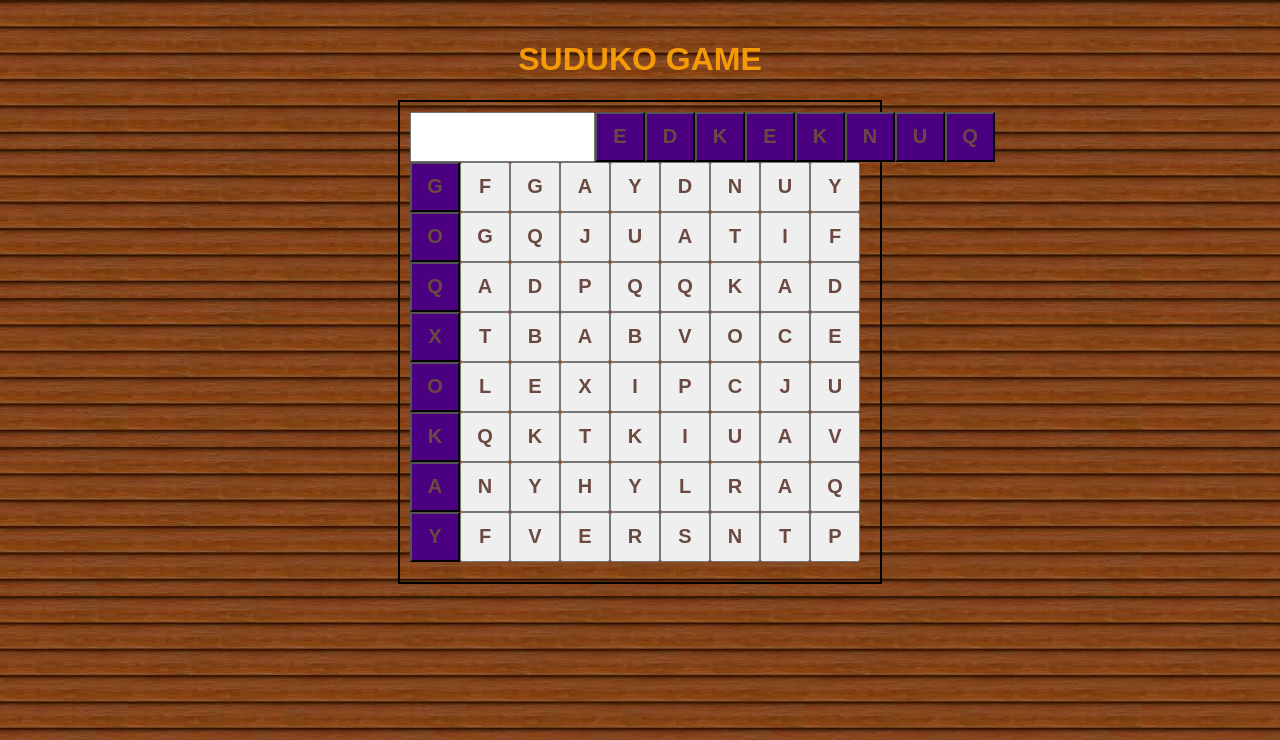
Repository: ahmad8969/Suduko-Game-React-App
Page: /, after clicking the first element matching `#\30 0`
These files come from the project's save history. The page is drawn as it stood at one moment and after the next save; the edit follows.
The browser window is 1280 px wide. The pictures show the whole page.
Some web fonts or font styles are not loaded; a fallback is used. The project was rebuilt for these pictures with package versions that can differ from the ones it lists, and the page was loaded fresh each time.

Above is the page before, as saved 2021-03-04 18:58:07.

### src/index.js
import React from 'react';
import ReactDOM from 'react-dom';
import './index.css';
import Board from './board';
import reportWebVitals from './reportWebVitals';

ReactDOM.render(
  <React.StrictMode>
    <Board />
  </React.StrictMode>,
  document.getElementById('root')
);

// If you want to start measuring performance in your app, pass a function
// to log results (for example: reportWebVitals(console.log))
// or send to an analytics endpoint. Learn more: https://bit.ly/CRA-vitals
reportWebVitals();

### src/board.js
import React  from 'react';   //{useState}
import './App.css';
import Block from './components/block'
import NineBlock from './components/nineBlockComponent';


function Board () {
  const nine_block_Element_into_Nine = [1,2,3,4,5,6,7,8,9];
  const single_block_Into_Nine = [1,2,3,4,5,6,7,8,9];
  // const [isClicked,  setIsClicked]= useState(false);


  const Click = (idOfSpecificButton,i,j,e) =>{
    document.getElementById(idOfSpecificButton).style.color="green"
    XaxisSelection(i);
    YaxisSelection(j);
    DiagonalSelectionUpward(idOfSpecificButton);
    DiagonalSelectionDownward(idOfSpecificButton);
    DiagonalSelectionDownwardLeftDown(idOfSpecificButton);
    DiagonalSelectionUpwardLeftUp(idOfSpecificButton);
    // setIsClicked(idOfSpecificButton);
  }
  const XaxisSelection = (i)=>{
    for(let xAxis= 0; xAxis<=8; xAxis++){
      let creatId= i+ xAxis;
      document.getElementById(creatId).style.backgroundColor="indigo"
    }
  }

  const YaxisSelection = (i)=> {
    for(let xAxis1= 0; xAxis1<=8; xAxis1++){
      let creatId=  xAxis1 +i;

      document.getElementById(creatId).style.backgroundColor="indigo"
    }
  }

  const DiagonalSelectionUpward = (selectedId)=>{
  let array_of_length= nine_block_Element_into_Nine.length;
  console.log(array_of_length);
  console.log(typeof(array_of_length));
  let get_the_id_of_current_box= parseInt(selectedId);
  console.log(get_the_id_of_current_box);
    for(let hello=get_the_id_of_current_box; hello>=0; hello-=array_of_length){
      if(hello<=9){
        if(hello==9){
          return;
        }else{
        var concatination = 0+`${hello}`;
        document.getElementById(concatination).style.backgroundColor="indigo";}
      } else if(hello==19 || hello==29 || hello==39 || hello==49 || hello==59 || hello==69 || hello==79){
        return;
      }
      else{
        document.getElementById(hello).style.backgroundColor="indigo";
      }

    }
  }
        const DiagonalSelectionUpwardLeftUp = (selectedId)=>{
          let array_of_length= 2 + nine_block_Element_into_Nine.length;
          console.log(array_of_length);
          console.log(typeof(array_of_length));
          let get_the_id_of_current_box= parseInt(selectedId);
          console.log(get_the_id_of_current_box);
            for(let hello=get_the_id_of_current_box; hello>=0; hello-=array_of_length){
              if(hello<=9){
                var concatination = 0+`${hello}`;
                document.getElementById(concatination).style.backgroundColor="indigo";
                return;

              } else if( hello==9 || hello==19 || hello==29 || hello==39 || hello==49 || hello==59 || hello==69 || hello==79){
                return;
              }
              else{
                document.getElementById(hello).style.backgroundColor="indigo";
              }

            }
          }


        const DiagonalSelectionDownward= (selectedId)=>{
          let array_of_length= nine_block_Element_into_Nine.length;
          console.log(array_of_length);
          console.log(typeof(array_of_length));
          let get_the_id_of_current_box= parseInt(selectedId);
          console.log(get_the_id_of_current_box);
    for(let hello=get_the_id_of_current_box; hello<=88; hello+=array_of_length){
      if(hello==0){
        return;
      }
      else if(hello<=9){
        var concatination = 0+`${hello}`;
        document.getElementById(concatination).style.backgroundColor="indigo";
      } else if(hello==19 || hello==29 || hello==39 || hello==49 || hello==59 || hello==69 || hello==79){
        return;
      }
      else{
        document.getElementById(hello).style.backgroundColor="indigo";
      }

    }
        }
        const DiagonalSelectionDownwardLeftDown= (selectedId)=>{
          let array_of_length= 2 +  nine_block_Element_into_Nine.length;
  console.log(array_of_length);
  console.log(typeof(array_of_length));
  let get_the_id_of_current_box= parseInt(selectedId);
  console.log(get_the_id_of_current_box);
    for(let hello=get_the_id_of_current_box; hello<=88; hello+=array_of_length){
      if(hello==0){
        return;
      }
      else if(hello<=9){
        var concatination = 0+`${hello}`;
        document.getElementById(concatination).style.backgroundColor="indigo";
      } else if( hello==19 || hello==29 || hello==39 || hello==49 || hello==59 || hello==69 || hello==79){
        return;
      }
      else{
        document.getElementById(hello).style.backgroundColor="indigo";
      }

    }
        }
        const gettingRandomNumber = () => {
          let random = Math.floor(Math.random() * (65 - 90)) + 90;
          const character = String.fromCharCode(random);
          return character;
        }



  return (

    <div className="App">
    <h1>SUDUKO GAME </h1>
    <div className="board_nine_block_Style">
    {nine_block_Element_into_Nine.map((s,i)=>{
      return(
      <div>
      <NineBlock id={i}>
        {single_block_Into_Nine.map((s,j)=>


          <Block rowId={i} value={gettingRandomNumber()} click={(e)=>{Click(`${i}${j}`,`${i}`,`${j}`,e)}} colId={j} keys={`${i}${j}`}></Block>

        )}

      </NineBlock>
      </div>
      )
    })
    }
    </div>
    </div>
  );
}

export default Board;

### src/App.css
@import url('http://fonts.cdnfonts.com/css/game');
.App {
  text-align: center;
  background-image: url('images/download.jpg');
  color:rgb(245, 154, 7);
  padding-top:20px;
  font-family: 'GAME', sans-serif;
  /* display: flex; */
   height: 100vh !important;
  /* width: 490px !important; */
  margin: 0 auto;

}

.board_nine_block_Style{
  height: 460px !important;
  width: 460px !important;
  border:2px solid black !important;
  padding: 10px;
  margin:  auto !important;
  /* display: flex; */
  /* grid-column-gap: 0px !important;
  grid-row-gap: 0px !important;
  grid-template-columns:repeat(3,1fr)!important; */
}
.heading{
  color: white;
  text-align:center;
  padding-top:50px!important;
  /* margin-top: 10px!important; */
  font-size: 30px;

}


/* @keyframes App-logo-spin {
  from {
    transform: rotate(0deg);
  }
  to {
    transform: rotate(360deg);
  }
} */

### src/components/block.js
import React, {useState} from 'react';

import './block.css';


const Block = (props)=>{
    var uniqueId = `${props.rowId}`+ `${props.colId}` ;
    const[isClicked, setIsClicked]= useState(false);

    const changeState = (e) => {
        props.click();
        setIsClicked(!isClicked);


    }
    if(isClicked){
        return <input type="text"/>;
    }

return(
    <div className="button_block">
    <button id={props.keys} onClick={(e)=>{changeState(e);}} value={props.value}> {props.value}</button>
    </div>

)
}

export default Block;

### src/components/nineBlockComponent.js
import React from 'react';
import Block from './block'
import './block.css'

const NineBlockBox = (props) =>{

    return (
        <div className="nine_block_Style">
            {props.children}
        </div>
    )
}
export default NineBlockBox;




// {single_block_Into_Nine.map((s,i)=>{
//     let random = Math.floor(Math.random() * (49 - 57)) + 57;
//     const character = String.fromCharCode(random);

//   return(
//     <div>
//       {/* <Block keyId={i} boardId={props.id}  number={character}/> */}
//       {props.children}
//       </div>
//   )
//   })}

### src/components/block.css
.button_block button{
    height: 50px !important;
    width: 50px !important;
    /* background-image: url('../images/wood.jpg'); */
    /* background-color: aquamarine !important; */
    margin: 0!important;
    font-size: 20px!important;
    font-weight:600;
    /* color:rgb(109,84,62); */
    color: #6a4940;
}
.nine_block_Style{
    /* height: 150px !important;
    width: 150px !important; */
    /* border:2px solid rgb(245, 154, 7) !important; */
    display: flex;
    /* margin: auto!important; */

    /* grid-template-columns:repeat(3,1fr)!important;
    grid-column-gap: 0px !important;
    grid-row-gap: 0px !important; */
}
.button_block1{
    height: 40px !important;
    width: 40px !important;
    /* background-image: url('../images/wood.jpg'); */
    /* background-color: aquamarine !important; */
    margin: 0!important;
    font-size: 20px!important;
    font-weight:600;
    /* border:2px solid black; */
    /* color:rgb(109,84,62); */
    color: #6a4940;
}
.inputStyle{
    width:40px !important;
    height:40px !important;
}

Loaded but not shown: public/index.html (common file); src/index.css (common file); src/reportWebVitals.js (common file)

After the next save:
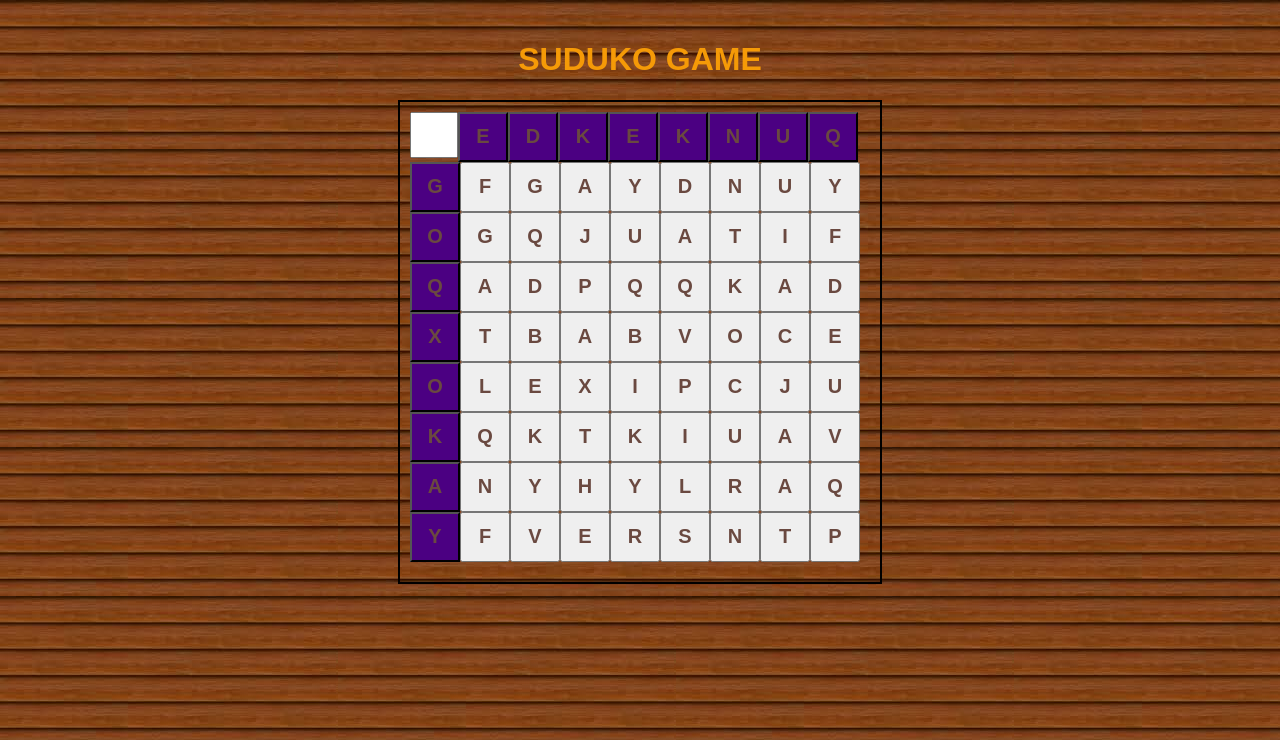
Saved 9 s later.
--- a/src/components/block.js
+++ b/src/components/block.js
@@ -14,7 +14,7 @@ const Block = (props)=>{
 
     }
     if(isClicked){
-        return <input type="text"/>;
+        return <input className="inputStyle" type="text"/>;
     }
 
 return(
